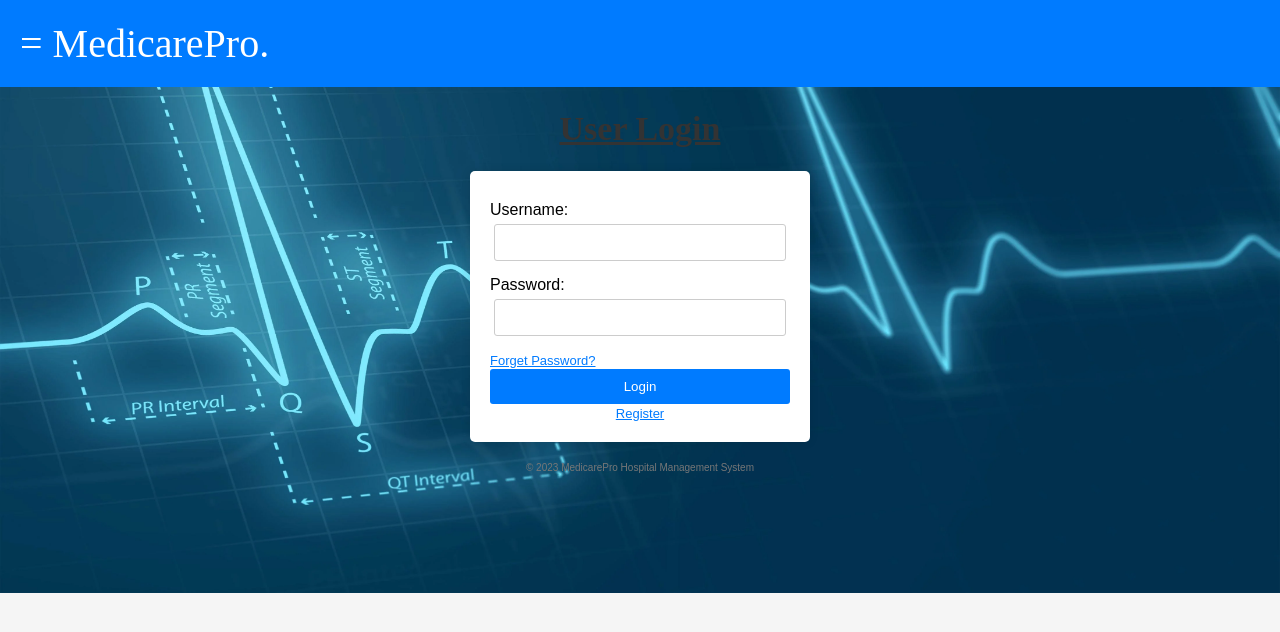
Repository: KarunarathneRR/HospitalManagementSystem
Page: http://localhost/hospital/login.jsp
An editor plug-in stored every save of this project. The page is shown before and after the next save, followed by the edit.
The browser window is 1280 px wide. The pictures show the whole page.
The page is served by Tomcat 9. Other server files are loaded and not shown.

Above is the page before, as saved 2023-10-27 20:22:18.

### hospital/src/main/webapp/login.jsp
<%@ page language="java" contentType="text/html; charset=ISO-8859-1"
    pageEncoding="ISO-8859-1"%>
<!DOCTYPE html>
<html>
<head>
    <meta charset="ISO-8859-1">
    <title>User Login</title>
    <style>
        body {
        font-family: Arial, sans-serif;
            background-color: #f5f5f5;
            text-align: center;
            margin: 0;
            padding: 0;
            /* Set the background image */
            background-image: url('img2.jpg');
            /* Adjust background image properties */
            background-size: cover;
            background-position: center;
            background-repeat: no-repeat;
        }

        nav {
            background-color: #007BFF;
            color: #fff;
            display: flex;
            justify-content: space-between;
            align-items: center;
            padding: 10px 10px;
            margin-top: 0px;
        }

        h1 {
            font-size: 34px;
            text-decoration: underline;
            font-family: "Papyrus", Cursive;
            color: #333;
        }

        nav a {
            color: #fff;
            margin: 0px;
            text-decoration: none;
            padding: 10px 10px;
            font-size: 16px;
        }

        form {
            width: 300px;
            margin: 0 auto;
            background-color: #fff;
            padding: 20px;
            border-radius: 5px;
            box-shadow: 0 0 10px rgba(0, 0, 0, 0.1);
        }

        label {
            display: block;
            text-align: left;
            margin-top: 10px;
        }

        input[type="text"],
        input[type="password"] {
            width: 90%;
            padding: 10px;
            margin: 5px 0;
            border: 1px solid #ccc;
            border-radius: 3px;
        }

        input[type="submit"] {
            width: 100%;
            padding: 10px;
            background-color: #007BFF;
            color: #fff;
            border: none;
            border-radius: 3px;
            cursor: pointer;
        }

        input[type="submit"]:hover {
            background-color: #0056b3;
        }

        footer {
            margin-top: 20px;
            color: #777;
        }
    </style>
</head>
<body>

	<nav>
        <a href="#" style="font-family: Brush Script MT, Cursive; font-size: 40px">= MedicarePro.</a>
    </nav>
    <h1>User Login</h1>

    <form action="loginservlet" method="post">
        <label for="username">Username:</label>
        <input type="text" name="username" required><br>

        <label for="password">Password:</label>
        <input type="password" name "password" required>

		<label><a href="forget.html" style="color: #007BFF; font-size: 13px">Forget Password?</a></label>

        <input type="submit" value="Login">
        <a href="register.jsp" style="color: #007BFF; font-size: 13px">Register</a>

    </form>
    <footer style="font-size:10px">
        &copy; 2023 MedicarePro Hospital Management System
    </footer>
</body>
</html>

After the next save:
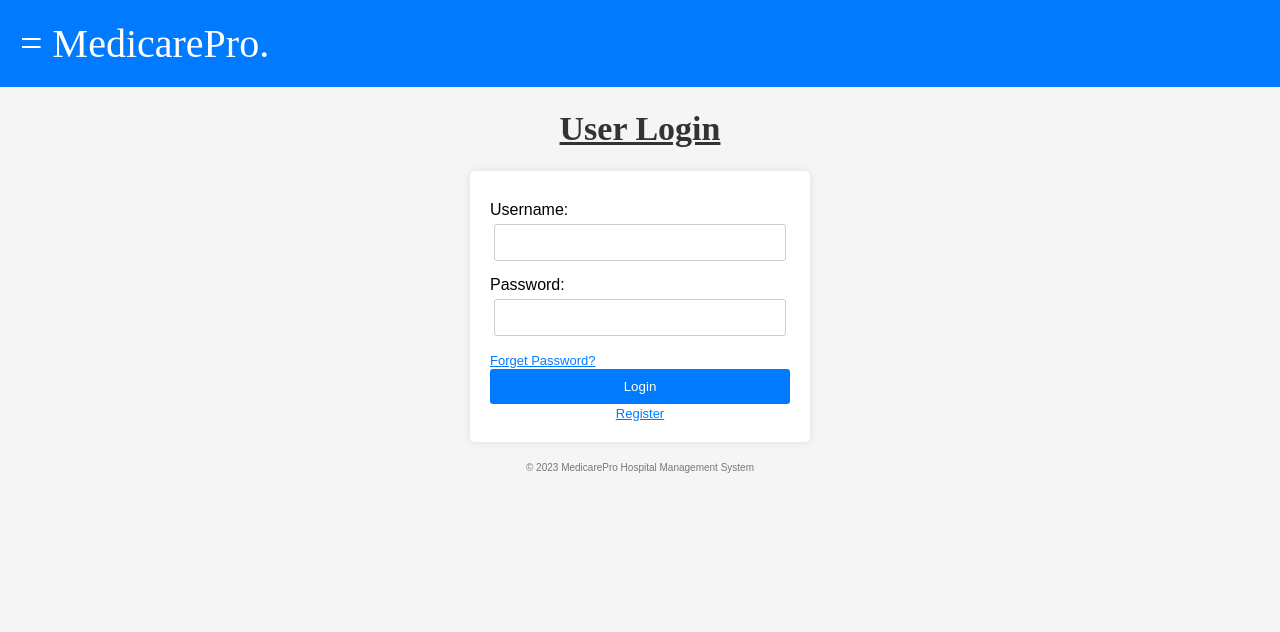
Saved 6 min 58 s later.
--- a/hospital/src/main/webapp/login.jsp
+++ b/hospital/src/main/webapp/login.jsp
@@ -13,7 +13,7 @@
             margin: 0;
             padding: 0;
             /* Set the background image */
-            background-image: url('img2.jpg');
+            background-image: url('file:///C:/Users/SLIIT/Desktop/management/hospital/src/main/webapp/img2.jpg');
             /* Adjust background image properties */
             background-size: cover;
             background-position: center;
